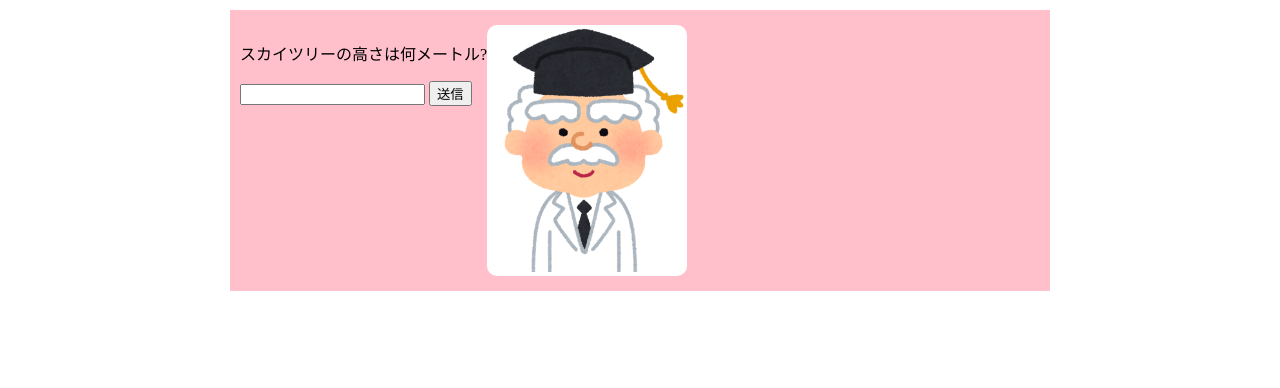
Repository: shotasuzuki01/shotaextest
Page: http://localhost/Quiz/
The author's editor kept a copy of each file at every save. The page is drawn from the files as they stood at one save, then again after the next save.
The browser window is 1280 px wide. The pictures show the whole page.
The page is served by Tomcat 9.

Above is the page before, as saved 2022-05-25 04:57:32.

After the next save:
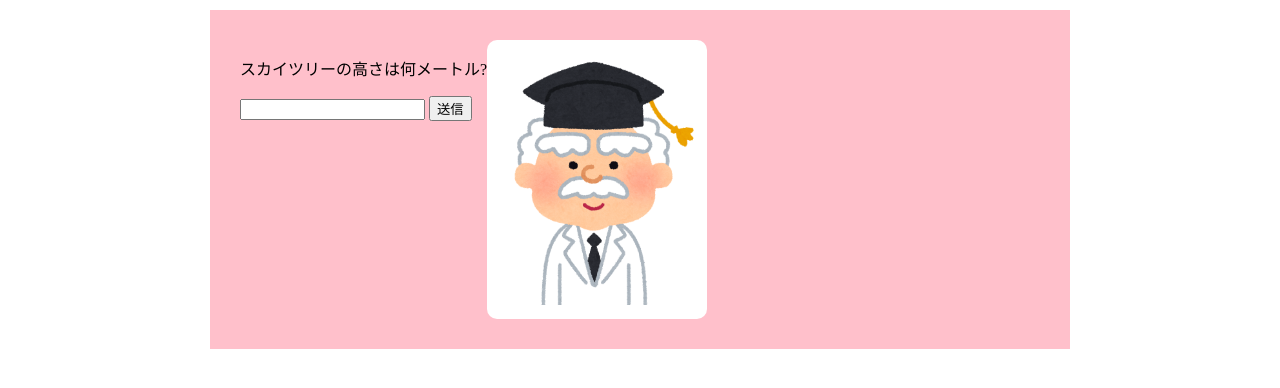
Saved 2 min 30 s later.
--- a/Quiz/WebContent/css/main.css
+++ b/Quiz/WebContent/css/main.css
@@ -4,13 +4,14 @@
 	margin:10px auto;
 	background:pink;
 	display:flex;
-	padding:15px 10px;
+	padding:30px;
 }
 #boxB .imgBox{
 	border-radius:10px;
 	overflow:hidden;
 	width:200px;
 	background:#fff;
+	padding:18px 10px 10px;
 }
 #boxB .imgBox img{
 	width:100%;
